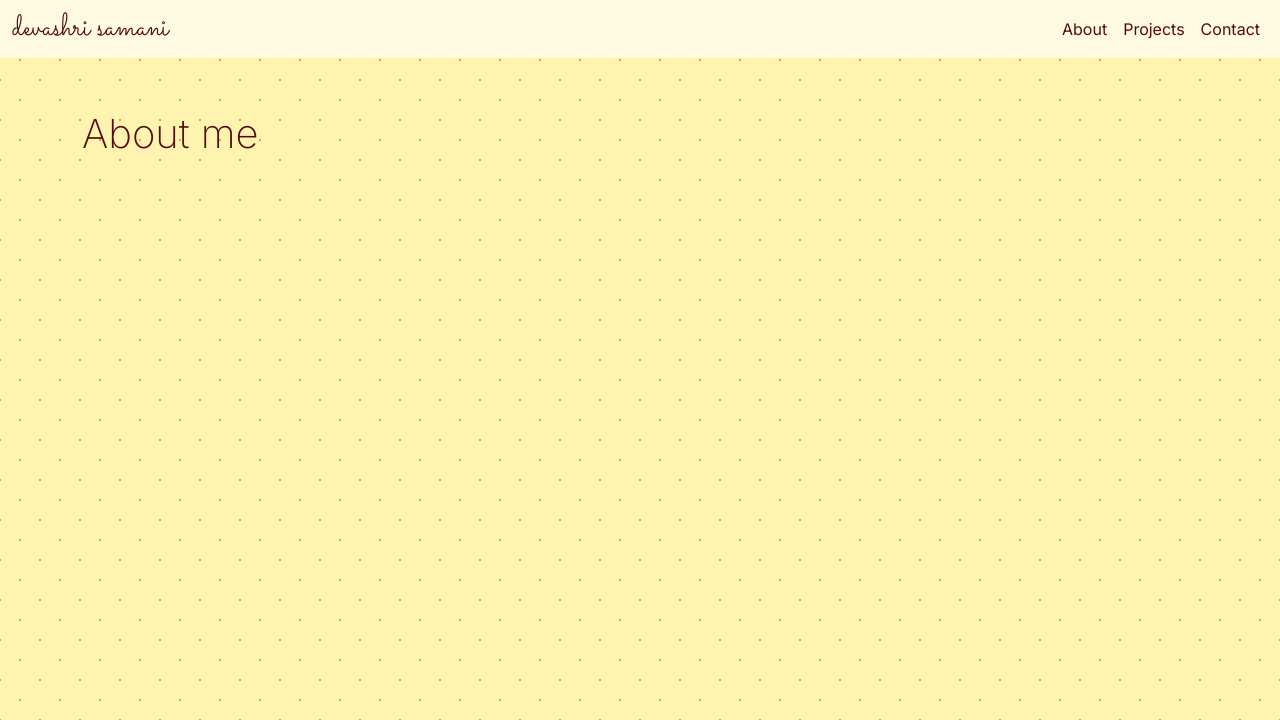
Repository: devashrisamani/devashrisamani.github.io
Page: index.html
These files come from the project's save history. The page is drawn as it stood at one moment and after the next save; the edit follows.
The browser window is 1280 px wide. The pictures show the whole page.

Above is the page before, as saved 2025-09-23 19:17:38.

### index.html
<!DOCTYPE html>
<html lang="en">
  <head>
    <meta charset="UTF-8" />
    <meta http-equiv="X-UA-Compatible" content="IE=edge" />
    <meta name="viewport" content="width=device-width, initial-scale=1.0" />
    <title>dev's portfolio</title>
    <link rel="preconnect" href="https://fonts.googleapis.com" />
    <link rel="preconnect" href="https://fonts.gstatic.com" crossorigin />
    <link
      href="https://fonts.googleapis.com/css2?family=Inter:ital,opsz,wght@0,14..32,100..900;1,14..32,100..900&family=Lora:ital,wght@0,400..700;1,400..700&family=Sacramento&display=swap"
      rel="stylesheet"
    />
    <link
      href="https://cdn.jsdelivr.net/npm/bootstrap@5.3.3/dist/css/bootstrap.min.css"
      rel="stylesheet"
    />
    <script src="https://cdn.jsdelivr.net/npm/bootstrap@5.3.3/dist/js/bootstrap.bundle.min.js"></script>
    <link rel="stylesheet" href="/css/css_reset.css" />
    <link rel="stylesheet" href="/css/style.css" />
    <link rel="stylesheet" href="/css/base.css" />
    <link rel="stylesheet" href="/css/layout.css" />
    <link rel="stylesheet" href="/css/components.css" />
  </head>
  <body>
    <!-- Bootstrap Navbar -->
    <header>
      <nav
        class="navbar navbar-expand-md"
        style="background-color: var(--secondary-color)"
      >
        <div class="container-fluid">
          <!-- Logo -->
          <a class="navbar-brand logo-text" href="index.html"
            >devashri samani</a
          >

          <!-- Bootstrap Toggler -->
          <button
            class="navbar-toggler"
            type="button"
            data-bs-toggle="collapse"
            data-bs-target="#navbarNav"
            aria-controls="navbarNav"
            aria-expanded="false"
            aria-label="Toggle navigation"
          >
            <span class="navbar-toggler-icon"></span>
          </button>

          <!-- Menu Links -->
          <div class="collapse navbar-collapse" id="navbarNav">
            <ul class="navbar-nav ms-auto">
              <li class="nav-item">
                <a class="nav-link" href="#about">About</a>
              </li>
              <li class="nav-item">
                <a class="nav-link" href="#projects">Projects</a>
              </li>
              <li class="nav-item">
                <a class="nav-link" href="#contact">Contact</a>
              </li>
            </ul>
          </div>
        </div>
      </nav>
    </header>

    <!-- Content -->
    <main class="container my-5">
      <section id="about" class="mb-5">
        <h1 class="mb-3">About me</h1>
      </section>
    </main>
  </body>
</html>

### css/css_reset.css
/* http://meyerweb.com/eric/tools/css/reset/
   v2.0 | 20110126
   License: none (public domain)
*/

html,
body,
div,
span,
applet,
object,
iframe,
h1,
h2,
h3,
h4,
h5,
h6,
p,
blockquote,
pre,
a,
abbr,
acronym,
address,
big,
cite,
code,
del,
dfn,
em,
img,
ins,
kbd,
q,
s,
samp,
small,
strike,
strong,
sub,
sup,
tt,
var,
b,
u,
i,
center,
dl,
dt,
dd,
ol,
ul,
li,
fieldset,
form,
label,
legend,
table,
caption,
tbody,
tfoot,
thead,
tr,
th,
td,
article,
aside,
canvas,
details,
embed,
figure,
figcaption,
footer,
header,
hgroup,
menu,
nav,
output,
ruby,
section,
summary,
time,
mark,
audio,
video {
  margin: 0;
  padding: 0;
  border: 0;
  font-size: 100%;
  font: inherit;
  vertical-align: baseline;
}
/* HTML5 display-role reset for older browsers */
article,
aside,
details,
figcaption,
figure,
footer,
header,
hgroup,
menu,
nav,
section {
  display: block;
}
body {
  line-height: 1;
}
ol,
ul {
  list-style: none;
}
blockquote,
q {
  quotes: none;
}
blockquote:before,
blockquote:after,
q:before,
q:after {
  content: "";
  content: none;
}
table {
  border-collapse: collapse;
  border-spacing: 0;
}

### css/style.css
/* CSS for Index Page */

:root {
  --font-sacramento: "Sacramento", cursive;
}

h2 {
  font-family: var(--font-sacramento);
}
body {
  margin: 0;
  padding: 0;
  min-height: 100vh;

  /* Background generated using - https://www.magicpattern.design/tools/css-backgrounds*/
  background-color: #fff3b0;
  background-image: radial-gradient(#e09f3e 1px, transparent 1px),
    radial-gradient(#e09f3e 1px, #fff3b0 1px);
  background-size: 40px 40px;
  background-position: 0 0, 20px 20px;
}

### css/base.css
/* Global Styles only */
/* Font Variables */
:root {
  --font-sacramento: "Sacramento", cursive;
  --font-lora: "Lora", serif;
  --font-inter: "Inter", serif;
}

/* Color Variables */
/* Change this as you go - along with the variable names and heading colors */

:root {
  /* --primary-color: #540b0e; */
  --secondary-color: #fefae0;
  --button-color-primary: #e09f3e; /* for buttons */
  --button-color-secondary: #fff3b0; /* for buttons */
  --heading-color-dark: #540b0e; /* for headings */
  --text-color-dark: #000814; /* for text */
  --text-color-light: #ffffff; /* for containers */
}

/* after bootstrap.css */
:root {
  /* Mapping my fonts/colors to Bootstrap’s CSS vars */
  --bs-body-font-family: var(--font-lora);
  --bs-body-color: var(--text-color-dark);
  --bs-heading-color: var(--heading-color-dark);
  --bs-primary: var(--button-color-primary);
  --bs-secondary: var(--button-color-secondary);
  --bs-link-color: var(--heading-color-dark);
  --bs-link-hover-color: var(--button-color-primary);
}

/* Background generated using - https://www.magicpattern.design/tools/css-backgrounds*/
body {
  min-height: 100vh;
  background-color: #fff3b0;
  background-image: radial-gradient(#e09f3e 1px, transparent 1px),
    radial-gradient(#e09f3e 1px, #fff3b0 1px);
  background-size: 40px 40px;
  background-position: 0 0, 20px 20px;
}

body {
  font-family: var(--font-lora);
  font-size: 100%;
}

h1 {
  font-family: var(--font-inter);
  font-size: 2.5rem;
  font-weight: 200;
  margin-top: 5%;
  margin-bottom: 3%;
  color: var(--heading-color-dark);
}

h2 {
  font-family: var(--font-sacramento);
  color: darkred;
  font-size: 2rem;
  font-weight: 400;
  margin-top: 3%;
  margin-bottom: 2%;
  color: var(--heading-color-dark);
}

h3 {
  font-size: 1.5rem;
  margin-top: 2%;
  margin-bottom: 2%;
  color: var(--text-color-dark);
}

h4 {
  font-size: 1.25rem;
  font-weight: 600;
  margin-top: 1%;
  margin-bottom: 1%;
}

p {
  font-size: 1.1rem;
  margin-top: 1%;
  margin-bottom: 1%;
  line-height: 1.2;
}

### css/layout.css
/* components.css */
.navbar .nav-link {
  color: var(--heading-color-dark);
  font-family: var(--font-inter);
}

.navbar .nav-link:hover {
  color: var(--button-color-primary);
}

.navbar-brand {
  font-family: var(--font-sacramento);
  font-size: 2rem;
  color: var(--heading-color-dark);
}

### css/components.css
/* To Do: Add specific styles for spacing, width, margins, buttons, cards, form, chips, dropdown for the section "Questions Employers often ask me"  */

/* Logo Text
.portfolio-header .logo {
  text-decoration: none;
}

.logo-text {
  font-family: var(--font-sacramento);
  margin: 0;
}

/* Nav List  */
/* .nav-list a {
  text-decoration: none;
  color: var(--heading-color-dark);
  font-size: small;
}

.nav-list a:hover {
  color: var(--button-color-primary);
  font-size: small; */

After the next save:
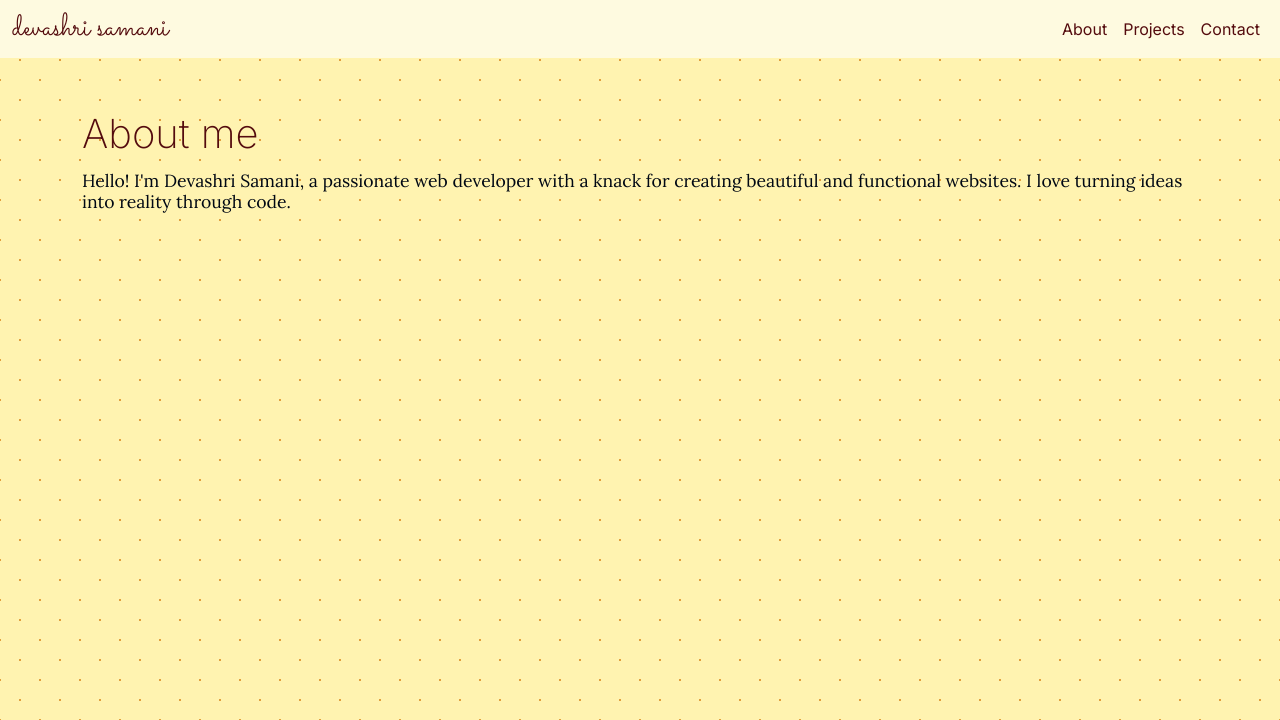
Saved 17 s later.
--- a/index.html
+++ b/index.html
@@ -70,6 +70,11 @@
     <main class="container my-5">
       <section id="about" class="mb-5">
         <h1 class="mb-3">About me</h1>
+        <p>
+          Hello! I'm Devashri Samani, a passionate web developer with a knack
+          for creating beautiful and functional websites. I love turning ideas
+          into reality through code.
+        </p>
       </section>
     </main>
   </body>
